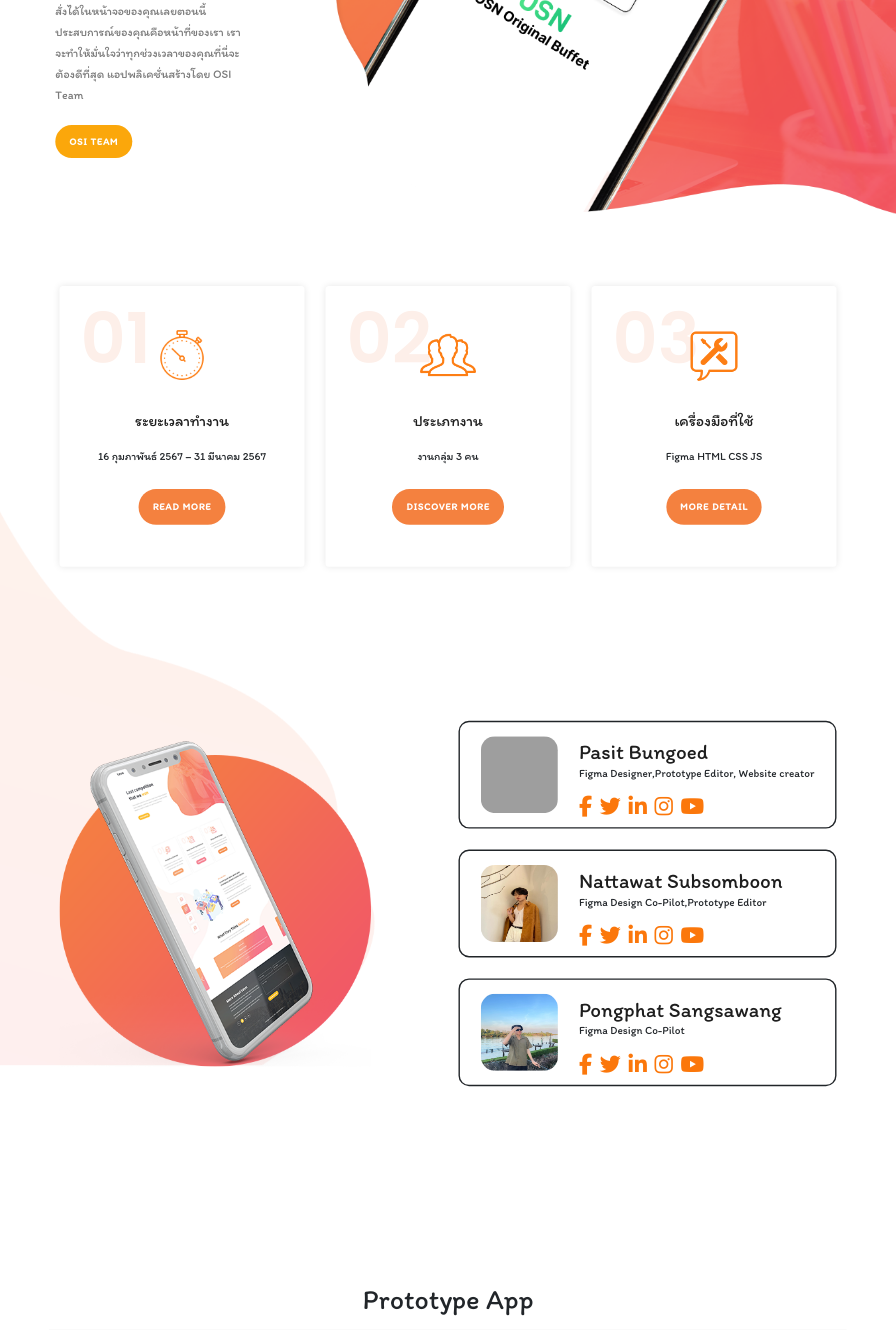
Repository: NicePS2546/Project-OSN
Page: index.html
The author's editor kept a copy of each file at every save. The page is drawn from the files as they stood at one save, then again after the next save.
The browser window is 1280 px wide. The pictures show the part of the page from y = 484 to 2384 px (the page is 6759 px tall before and 6807 px after), at 70% of full size.
Pictures or frames that could not be fetched are drawn as grey boxes. Some web fonts or font styles are not loaded; a fallback is used.

Above is the page before, as saved 2024-03-25 16:34:51.

After the next save:
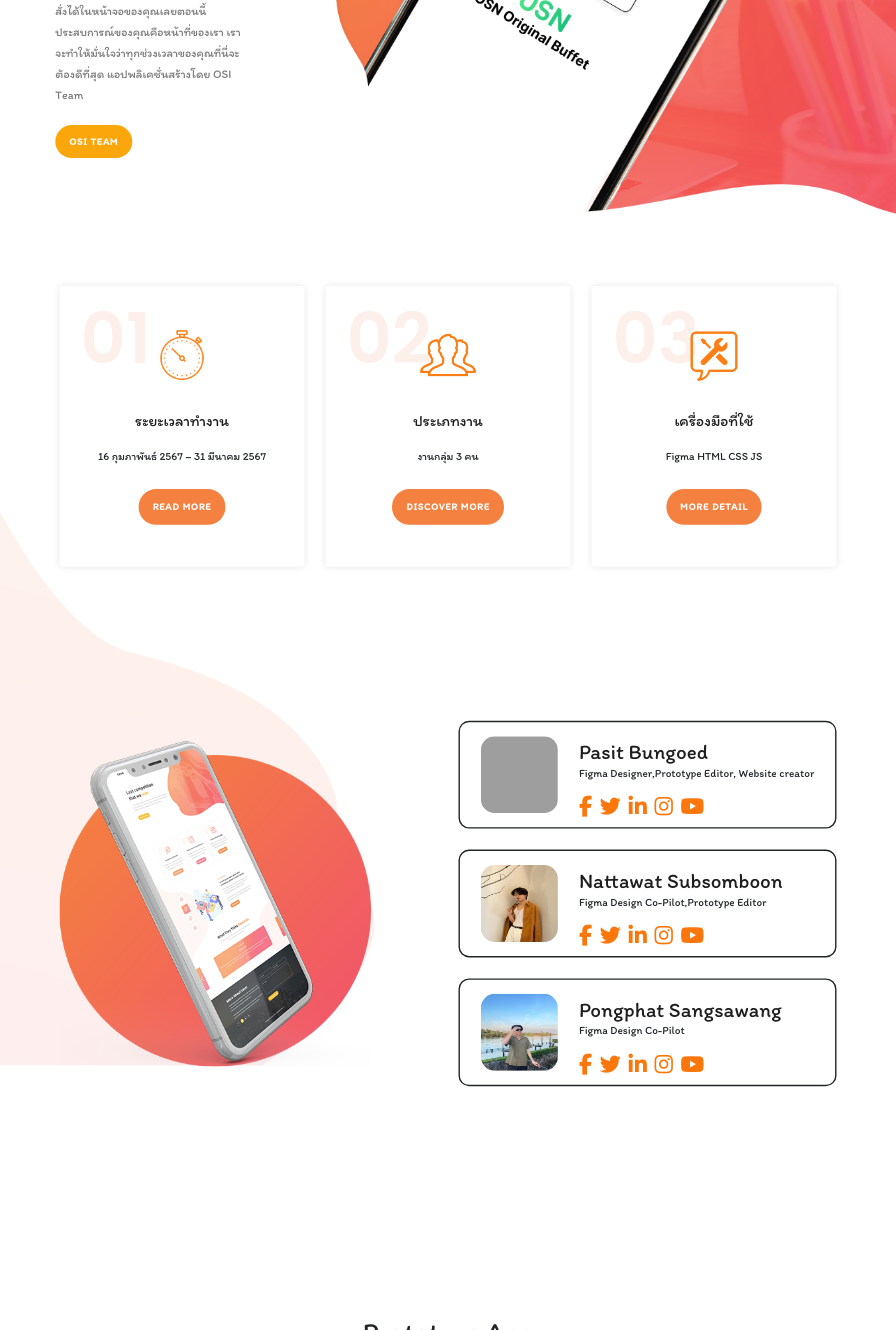
Saved 43 s later.
--- a/index.html
+++ b/index.html
@@ -240,7 +240,7 @@
       </div>
     </section>
     <!--end TEAM-->
-    <section id="tools">
+    <section class="mt-5" id="tools">
       <div class="container">
         <div class="row">
           <h1 class="header-prototype">Prototype App</h1>
